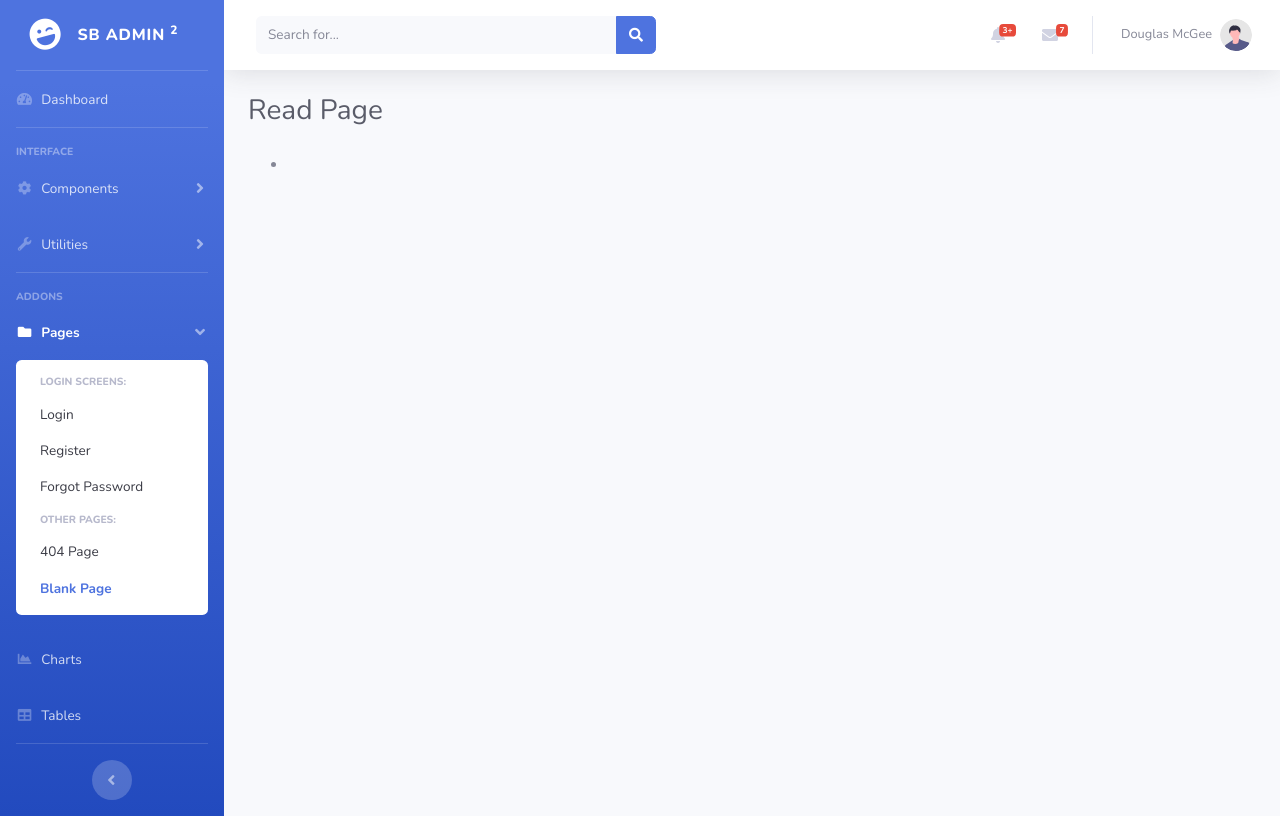
Repository: Jowen0/stsws
Page: http://localhost/j0308/WEB-INF/views/board/read.jsp
These files come from the project's save history. The page is drawn as it stood at one moment and after the next save; the edit follows.
The browser window is 1280 px wide. The pictures show the whole page.
The page is served by Tomcat 9. Nobody is signed in. The template is opened directly, without the code that normally fills it, so the values that code supplies are empty.

Above is the page before, as saved 2021-03-08 05:33:32.

After the next save:
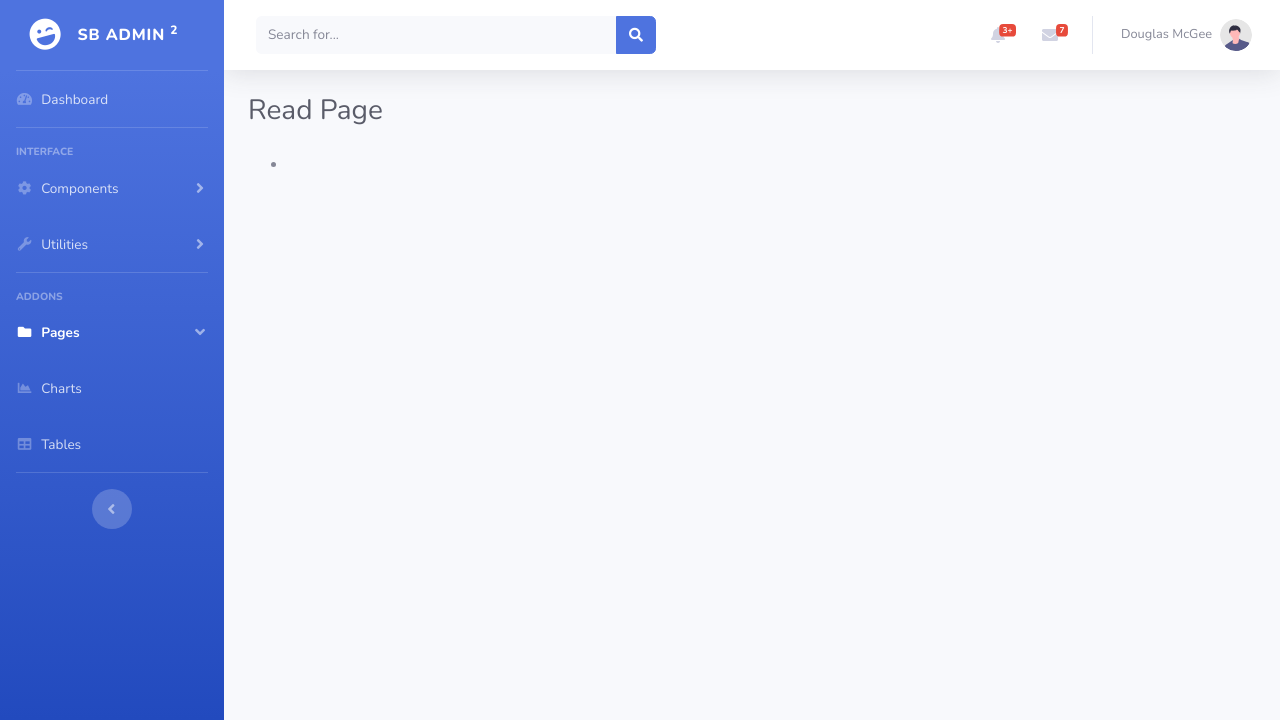
Saved 98 s later.
--- a/j0308/src/main/webapp/WEB-INF/views/includes/header.jsp
+++ b/j0308/src/main/webapp/WEB-INF/views/includes/header.jsp
@@ -108,7 +108,7 @@
                     <i class="fas fa-fw fa-folder"></i>
                     <span>Pages</span>
                 </a>
-                <div id="collapsePages" class="collapse show" aria-labelledby="headingPages"
+                <div id="collapsePages" class="collapse" aria-labelledby="headingPages"
                     data-parent="#accordionSidebar">
                     <div class="bg-white py-2 collapse-inner rounded">
                         <h6 class="collapse-header">Login Screens:</h6>
